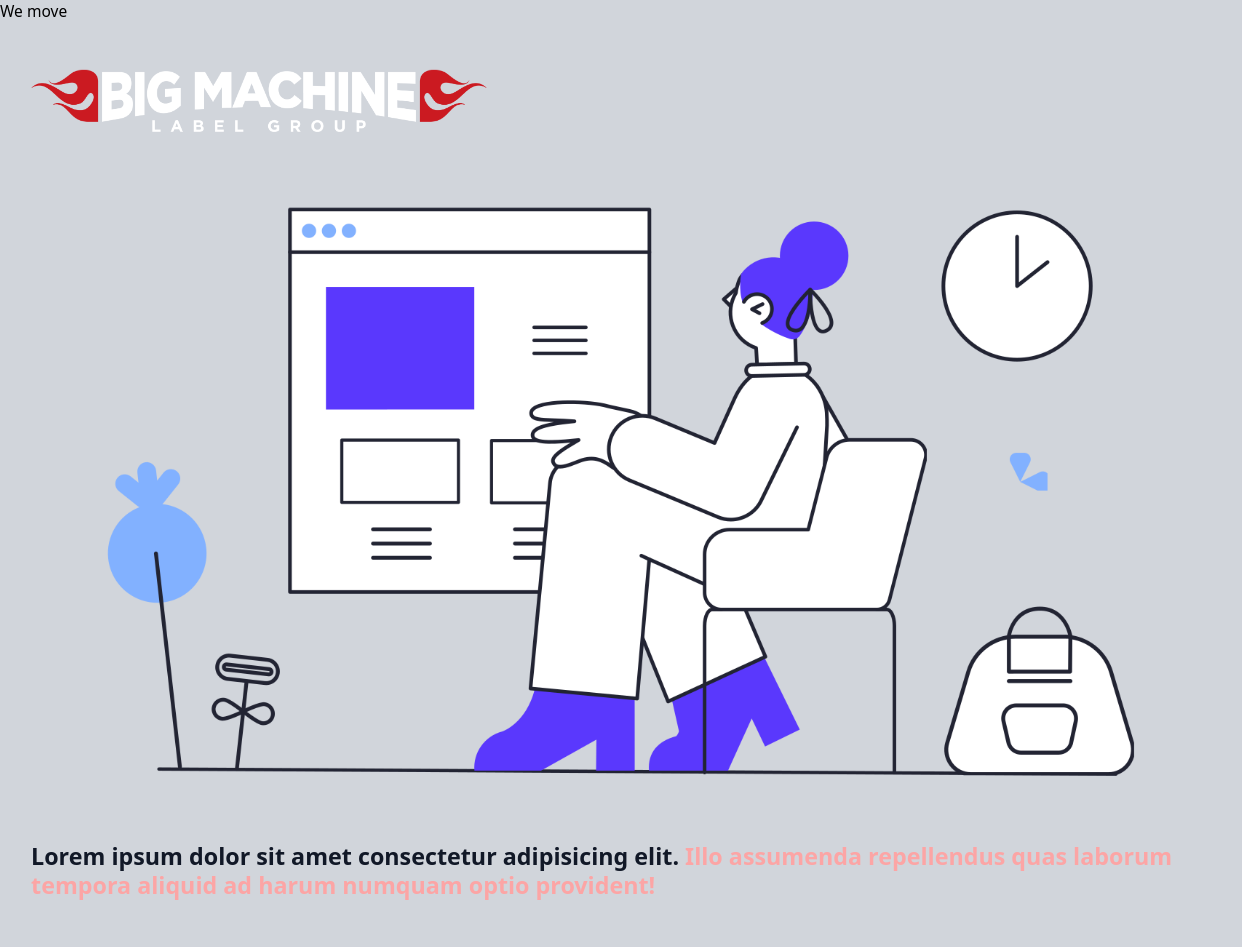
Repository: thasquirrie/fanmanagement
Page: / (app in frontend/)
These files come from the project's save history. The page is drawn as it stood at one moment and after the next save; the edit follows.
The browser window is 1280 px wide. The pictures show the whole page, at 97% of full size.
The project was rebuilt for these pictures with package versions that can differ from the ones it lists, and the page was loaded fresh each time. A package was used in the major version that the imports need, not the one package.json lists. Also part of the build but not shown: frontend/craco.config.js, frontend/src/App.css.

Above is the page before, as saved 2021-05-25 14:20:09.

After the next save:
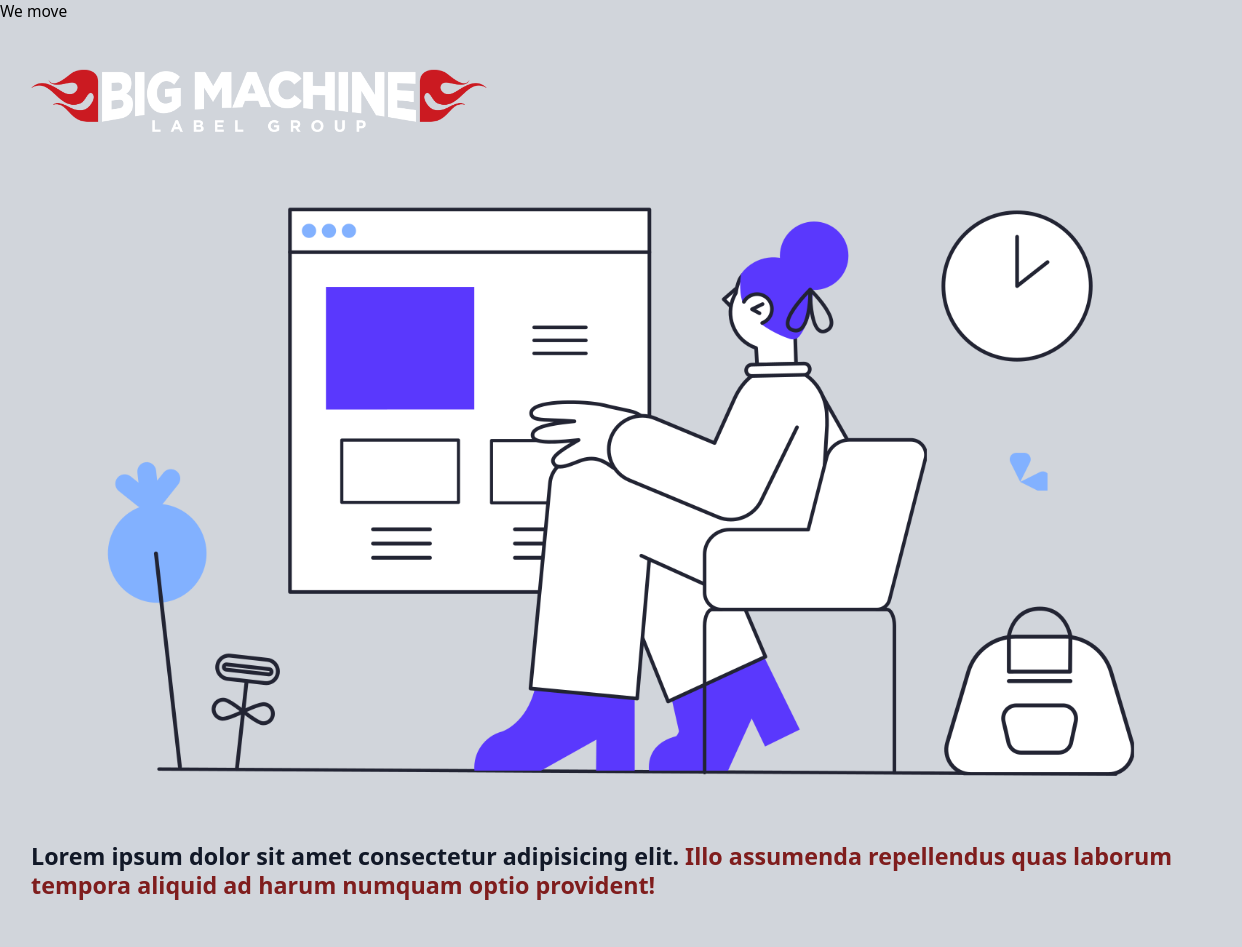
Saved 13 s later.
--- a/frontend/src/screens/HomeScreen.jsx
+++ b/frontend/src/screens/HomeScreen.jsx
@@ -12,7 +12,7 @@
     />
     <h1 className='mt-6 text-2xl font-bold text-gray-900 leading-tight'>
      Lorem ipsum dolor sit amet consectetur adipisicing elit.{' '}
-     <span className='text-red-300'>
+     <span className='text-red-900'>
       Illo assumenda repellendus quas laborum tempora aliquid ad harum numquam
       optio provident!
      </span>
